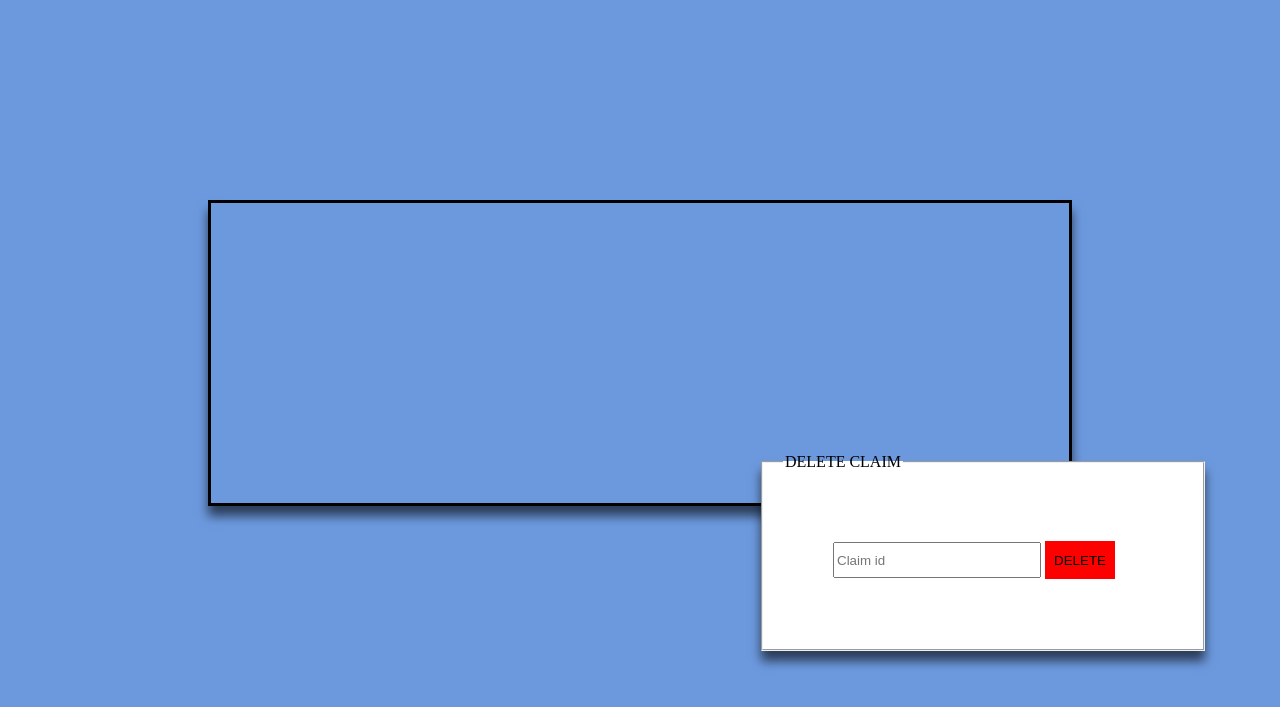
Repository: Nihara-R/Vehicle-Insurance-Portal
Page: http://localhost/delete_claim.php
The author's editor kept a copy of each file at every save. The page is drawn from the files as they stood at one save, then again after the next save.
The browser window is 1280 px wide. The pictures show the whole page.
The page is run by PHP 8.4 with error messages shown; the project is at /var/www/html/.

Above is the page before, as saved 2023-06-29 08:58:43.

### delete_claim.php
<!DOCTYPE html>
<html lang="en" dir="ltr">
  <head>
    <meta charset="utf-8">
    <title></title>
    <link rel="stylesheet" href="css/deletuser.css">
  </head>
  <body>
    <div class="deletebox">
    <fieldset>
<legend>DELETE CLAIM</legend>

    <form class="" action="include/delet_claim.inc.php" method="post">

      <input type="text" name="id" value="" placeholder="Claim id" class="textbox">

      <input type="submit" name="submit" value="DELETE" class="button">

</fieldset>
</div>
    </form>

  </body>
</html>

### css/deletuser.css
body{
  background: #6C99DE;
}
form{
margin: 50px;
}
.deletebox{
  margin: 200px;
  padding: 50px;
  height: 200px;
  border: 3px solid black;
  box-shadow: 0 10px 10px rgba(0,0, 0, 0.60);
}
fieldset{
  width: 400px;
  padding: 20px;
  align-items: center;
  justify-content: center;
  margin-left: 500px;
  margin-top: 200px;
  box-shadow: 0 10px 10px rgba(0,0, 0, 0.60);
  background: white;
}
.button{
  background: red;
  height: 38px;
  width: 70px;
  border: none;
}
.textbox{
  height: 30px;
  width: 200px;

}

After the next save:
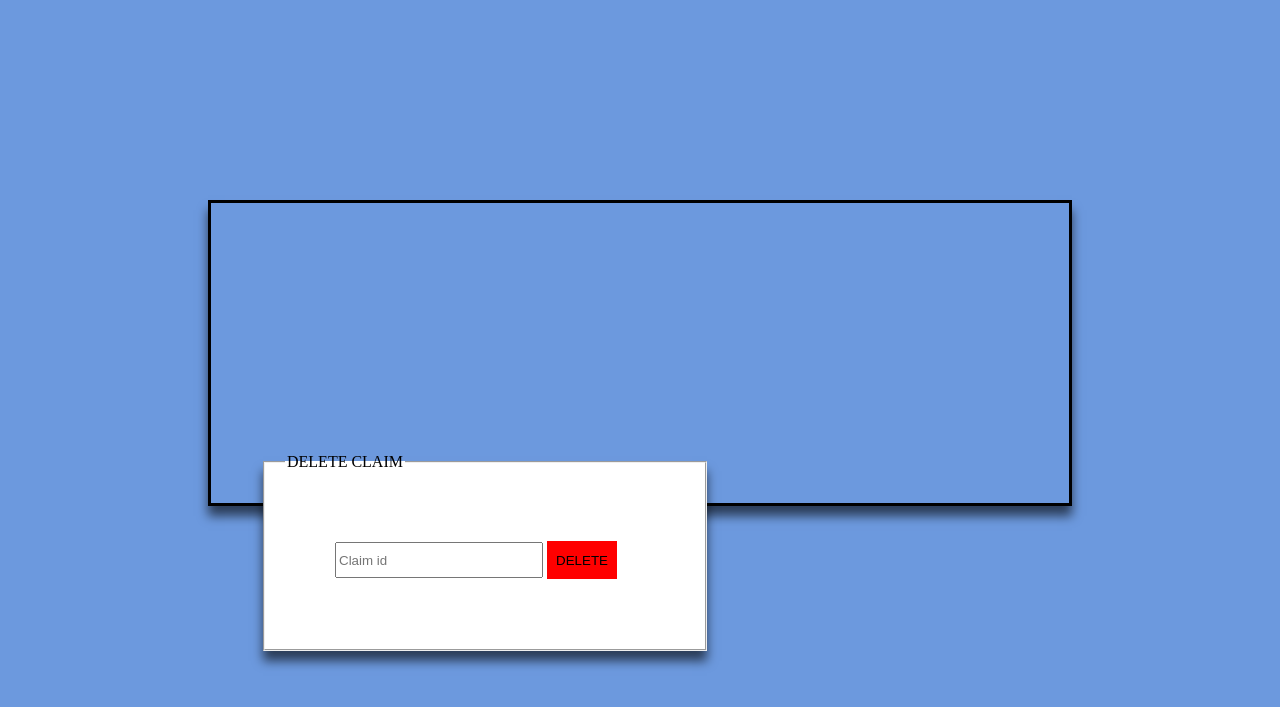
Saved 42 s later.
--- a/css/deletuser.css
+++ b/css/deletuser.css
@@ -16,7 +16,7 @@ fieldset{
   padding: 20px;
   align-items: center;
   justify-content: center;
-  margin-left: 500px;
+
   margin-top: 200px;
   box-shadow: 0 10px 10px rgba(0,0, 0, 0.60);
   background: white;
